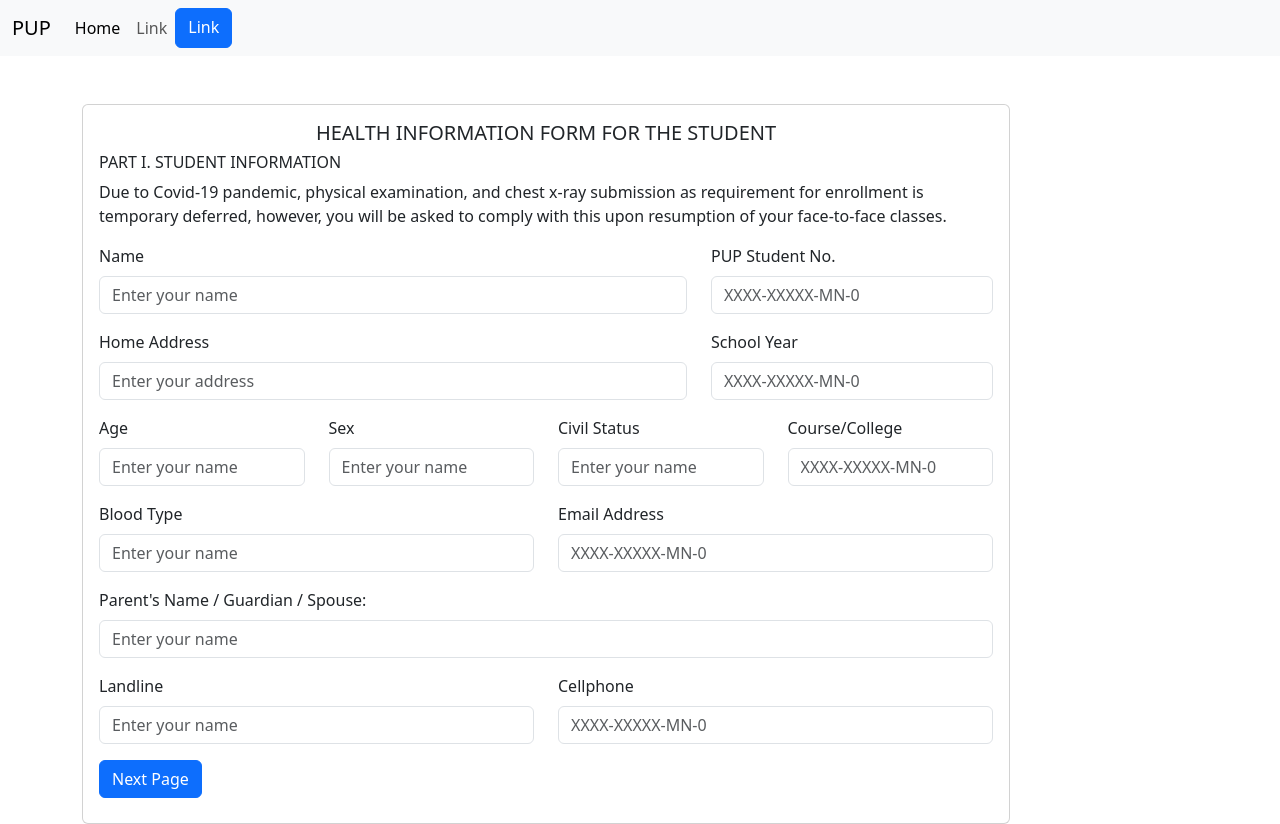
Repository: Nicktacku/webdev
Page: form.html
The author's editor kept a copy of each file at every save. The page is drawn from the files as they stood at one save, then again after the next save.
The browser window is 1280 px wide. The pictures show the whole page.

Above is the page before, as saved 2024-07-16 12:46:47.

### form.html
<!DOCTYPE html>
<html lang="en">
  <head>
    <meta charset="UTF-8" />
    <meta name="viewport" content="width=device-width, initial-scale=1.0" />
    <title>Document</title>
    <link
      href="https://cdn.jsdelivr.net/npm/bootstrap@5.3.3/dist/css/bootstrap.min.css"
      rel="stylesheet"
      integrity="sha384-QWTKZyjpPEjISv5WaRU9OFeRpok6YctnYmDr5pNlyT2bRjXh0JMhjY6hW+ALEwIH"
      crossorigin="anonymous"
    />
  </head>
  <body>
    <!-- Navbar -->
    <nav class="navbar navbar-expand-lg bg-body-tertiary">
        <div class="container-fluid">
          <a class="navbar-brand" href="#">PUP</a>
          <button
            class="navbar-toggler"
            type="button"
            data-bs-toggle="collapse"
            data-bs-target="#navbarSupportedContent"
            aria-controls="navbarSupportedContent"
            aria-expanded="false"
            aria-label="Toggle navigation"
          >
            <span class="navbar-toggler-icon"></span>
          </button>
          <div class="collapse navbar-collapse" id="navbarSupportedContent">
            <ul class="navbar-nav me-auto mb-2 mb-lg-0">
              <li class="nav-item">
                <a class="nav-link active" aria-current="page" href="#">Home</a>
              </li>
              <li class="nav-item">
                <a class="nav-link" href="#">Link</a>
              </li>

              <a class="btn btn-primary" href="form.html" role="button">Link</a>
          </div>
        </div>
      </nav>

    <div
      class="container mt-auto mx-auto pt-5"
    >


    <div class="card" style="width: 58rem; height: 45rem" id="section-1">

        <!-- section 1 -->
        <div class="card-body" >
          <h5 class="card-title d-flex justify-content-center">HEALTH INFORMATION FORM FOR THE STUDENT</h5>
          <h6 class="card-text">PART I. STUDENT INFORMATION</h6>
          <p class="card-text">Due to Covid-19 pandemic, physical examination, and chest x-ray submission as requirement for enrollment is
            temporary deferred, however, you will be asked to comply with this upon resumption of your face-to-face classes.</p>

            <div class="row">
                <div class="col-8">
                    <div class="mb-3">
                        <label for="name" class="form-label">Name</label>
                        <input type="text" class="form-control" id="name" placeholder="Enter your name">
                      </div>
                </div>
                <div class="col">
                    <div class="mb-3">
                        <label for="name" class="form-label">PUP Student No.</label>
                        <input type="text" class="form-control" id="student_no" placeholder="XXXX-XXXXX-MN-0">
                      </div>
                </div>
            </div>

            <div class="row">
                <div class="col-8">
                    <div class="mb-3">
                        <label for="name" class="form-label">Home Address</label>
                        <input type="text" class="form-control" id="home_address" placeholder="Enter your address">
                      </div>
                </div>
                <div class="col">
                    <div class="mb-3">
                        <label for="name" class="form-label">School Year</label>
                        <input type="text" class="form-control" id="name-input" placeholder="XXXX-XXXXX-MN-0">
                      </div>
                </div>
            </div>

            <div class="row">
                <div class="col-3">
                    <div class="mb-3">
                        <label for="name" class="form-label">Age</label>
                        <input type="text" class="form-control" id="name-input" placeholder="Enter your name">
                      </div>
                </div>
                <div class="col-3">
                    <div class="mb-3">
                        <label for="name" class="form-label">Sex</label>
                        <input type="text" class="form-control" id="name-input" placeholder="Enter your name">
                      </div>
                </div>
                <div class="col-3">
                    <div class="mb-3">
                        <label for="name" class="form-label">Civil Status</label>
                        <input type="text" class="form-control" id="name-input" placeholder="Enter your name">
                      </div>
                </div>
                <div class="col">
                    <div class="mb-3">
                        <label for="name" class="form-label">Course/College</label>
                        <input type="text" class="form-control" id="name-input" placeholder="XXXX-XXXXX-MN-0">
                      </div>
                </div>
            </div>

            <div class="row">
                <div class="col-6">
                    <div class="mb-3">
                        <label for="name" class="form-label">Blood Type</label>
                        <input type="text" class="form-control" id="name-input" placeholder="Enter your name">
                      </div>
                </div>
                <div class="col">
                    <div class="mb-3">
                        <label for="name" class="form-label">Email Address</label>
                        <input type="text" class="form-control" id="name-input" placeholder="XXXX-XXXXX-MN-0">
                      </div>
                </div>
            </div>

            <div class="row">
                <div class="col">
                    <div class="mb-3">
                        <label for="name" class="form-label">Parent's Name / Guardian / Spouse:</label>
                        <input type="text" class="form-control" id="name-input" placeholder="Enter your name">
                      </div>
                </div>
            </div>

            <div class="row">
                <div class="col-6">
                    <div class="mb-3">
                        <label for="name" class="form-label">Landline</label>
                        <input type="text" class="form-control" id="name-input" placeholder="Enter your name">
                      </div>
                </div>
                <div class="col">
                    <div class="mb-3">
                        <label for="name" class="form-label">Cellphone</label>
                        <input type="text" class="form-control" id="name-input" placeholder="XXXX-XXXXX-MN-0">
                      </div>
                </div>
            </div>

          <button onclick="section2()" class="btn btn-primary">Next Page</button>
        </div>
      </div>

      <!-- Section 2 -->
      <div class="card" style="width: 58rem; height: 100rem; display: none" id="section-2">
        <div class="card-body">
        <h5 class="card-title d-flex justify-content-center">HEALTH INFORMATION FORM FOR THE STUDENT</h5>
        <h6 class="card-text">PART I. STUDENT INFORMATION</h6>
        <p class="card-text">Due to Covid-19 pandemic, physical examination, and chest x-ray submission as requirement for enrollment is
          temporary deferred, however, you will be asked to comply with this upon resumption of your face-to-face classes.</p>

          <div class="row">
            <div class="col-12">
                <div class="mb-3">
                    <label for="name" class="form-label">1. Do you need medical attention or has known medical illness?</label>
                </div>
                <div class="form-check">
                    <input class="form-check-input" type="radio" name="flexRadioDefault" id="flexRadioDefault1">
                    <label class="form-check-label" for="flexRadioDefault1">
                      Yes
                    </label>
                  </div>
                  <div class="form-check">
                    <input class="form-check-input" type="radio" name="flexRadioDefault" id="flexRadioDefault2">
                    <label class="form-check-label" for="flexRadioDefault2">
                      No
                    </label>
                  </div>

                  <div class="row">
                    <p class="col-12">(Please check the following that apply and give more information as needed)</p>
                    <div class="form-check col-3">
                        <input class="form-check-input" type="checkbox" value="" id="flexCheckDefault">
                        <label class="form-check-label" for="flexCheckDefault">
                          Asthma
                    </label>
                    </div>
                    <div class="form-check col-3">
                        <input class="form-check-input" type="checkbox" value="" id="flexCheckDefault">
                        <label class="form-check-label" for="flexCheckDefault">
                            Loss of Consciousness
                    </label>
                    </div>
                    <div class="form-check col-3">
                        <input class="form-check-input" type="checkbox" value="" id="flexCheckDefault">
                        <label class="form-check-label" for="flexCheckDefault">
                            Eye Disease/Defect
                    </label>
                    </div>
                    <div class="form-check col-3">
                        <input class="form-check-input" type="checkbox" value="" id="flexCheckDefault">
                        <label class="form-check-label" for="flexCheckDefault">
                            Accident Injuries
                    </label>
                    </div>
                    <div class="form-check col-3">
                        <input class="form-check-input" type="checkbox" value="" id="flexCheckDefault">
                        <label class="form-check-label" for="flexCheckDefault">
                            Diabetes
                    </label>
                    </div>
                    <div class="form-check col-3">
                        <input class="form-check-input" type="checkbox" value="" id="flexCheckDefault">
                        <label class="form-check-label" for="flexCheckDefault">
                            Heart Disease
                    </label>
                    </div>
                    <div class="form-check col-3">
                        <input class="form-check-input" type="checkbox" value="" id="flexCheckDefault">
                        <label class="form-check-label" for="flexCheckDefault">
                            Kidney Disease
                    </label>
                    </div>
                    <div class="form-check col-3">
                        <input class="form-check-input" type="checkbox" value="" id="flexCheckDefault">
                        <label class="form-check-label" for="flexCheckDefault">
                            Tuberculosis / Primary Complex
                    </label>
                    </div>
                    <div class="form-check col-3">
                        <input class="form-check-input" type="checkbox" value="" id="flexCheckDefault">
                        <label class="form-check-label" for="flexCheckDefault">
                            Migraine
                    </label>
                    </div>
                    <div class="form-check col-3">
                        <input class="form-check-input" type="checkbox" value="" id="flexCheckDefault">
                        <label class="form-check-label" for="flexCheckDefault">
                            High Blood Pressure
                    </label>
                    </div>
                    <div class="form-check col-12">
                        <input class="form-check-input" type="checkbox" value="" id="flexCheckDefault">
                        <label class="form-check-label" for="flexCheckDefault">
                            Others
                        </label>
                        <input type="text" class="form-control" id="name-input" placeholder="(pls indicate)">
                    </div>
                  </div>
            </div>

            <div class="col">
                <p>2. Additional Information for Students with Medical Conditions</p>
                <p>As a Parent/Guardian, I would like to declare that my child had history of allergies to the following</p>

                <div class="row">
                    <div class="col-7">
                        <div class="mb-3">
                            <label for="name" class="form-label">Food</label>
                            <input type="text" class="form-control" id="name-input" placeholder="Enter your name">
                          </div>
                    </div>
                    <div class="col-5">
                        <div class="mb-3">
                            <label for="name" class="form-label">No Known Allergies:</label>
                            <input type="text" class="form-control" id="name-input" placeholder="XXXX-XXXXX-MN-0">
                          </div>
                    </div>

                        <p class="col-12">Medicines</p>
                        <div class="form-check col-4">
                            <input class="form-check-input" type="checkbox" value="" id="flexCheckDefault">
                            <label class="form-check-label" for="flexCheckDefault">
                              Asthma
                        </label>
                        </div>
                        <div class="form-check col-4">
                            <input class="form-check-input" type="checkbox" value="" id="flexCheckDefault">
                            <label class="form-check-label" for="flexCheckDefault">
                              Ibuprofen
                        </label>
                        </div>
                        <div class="form-check col-4">
                            <input class="form-check-input" type="checkbox" value="" id="flexCheckDefault">
                            <label class="form-check-label" for="flexCheckDefault">
                            Amoxicillin
                        </label>
                        </div>

                        <div class="form-check col-4">
                            <input class="form-check-input" type="checkbox" value="" id="flexCheckDefault">
                            <label class="form-check-label" for="flexCheckDefault">
                                Mefenamic Acid
                        </label>
                        </div>
                        <div class="form-check col-4">
                            <input class="form-check-input" type="checkbox" value="" id="flexCheckDefault">
                            <label class="form-check-label" for="flexCheckDefault">
                                Penicillin
                        </label>
                        </div>
                        <div class="form-check col-4">
                            <input class="form-check-input" type="checkbox" value="" id="flexCheckDefault">
                            <label class="form-check-label" for="flexCheckDefault">
                            Others
                            </label>
                            <input type="text" class="form-control" id="name-input" placeholder="(pls indicate)">
                        </div>
                </div>
              </div>
          </div>
        </div>
        <button onclick="section1()" class="btn btn-primary">Previous Page</button>
        <button onclick="section3()" class="btn btn-primary">Next Page</button>
      </div>

      <!-- section 3 -->

      <div class="card" style="width: 58rem; height: 100rem; display: none" id="section-3">
      <div class="card-body">
        <h5 class="card-title d-flex justify-content-center">HEALTH INFORMATION FORM FOR THE STUDENT</h5>
        <h6 class="card-text">PART III. PERSONAL HISTORY</h6>
        <div class="mb-3">
            <label for="name" class="form-label">Cigarette Smoking</label>
        </div>
        <div class="form-check">
            <input class="form-check-input" type="radio" name="flexRadioDefault" id="flexRadioDefault1">
            <label class="form-check-label" for="flexRadioDefault1">
              Yes
            </label>
          </div>
          <div class="form-check">
            <input class="form-check-input" type="radio" name="flexRadioDefault" id="flexRadioDefault2">
            <label class="form-check-label" for="flexRadioDefault2">
              No
            </label>
          </div>
          <div class="mb-3">
            <label for="name" class="form-label">Alcohol Drinking</label>
        </div>
        <div class="form-check">
            <input class="form-check-input" type="radio" name="alc" id="flexRadioDefault1">
            <label class="form-check-label" for="alcyes">
              Yes
            </label>
          </div>
          <div class="form-check">
            <input class="form-check-input" type="radio" name="alc" id="flexRadioDefault2">
            <label class="form-check-label" for="alcno">
              No
            </label>
          </div>

          <p>I hereby state to the best of my knowledge, my answers to the above questions are complete and correct.

            By affixing my signature (Parent/Guardian and Student), I agree to the Data Privacy Act of 2012 and its implementing
            rules and regulations and voluntarily giving my consent in the collection and processing of the student's name above
            its Personal Information in accordance with such as health assessment, treatment and/or research following research
            ethics guidelines for the improvements of healthcare services. This consent will remain in full force until I revoke it in
            writing. I also understand the PUP MSD will not be liable to any untoward incident this may arise due to the
            temporary deferral of the physical examination and chest x-ray.</p>

            <!-- gagawan ko input -->
            <p>signature of parent</p>
            <p>Signature of Student</p>
            <p>Date</p>

            <button onclick="section2()" class="btn btn-primary">Previous Page</button>
        <button onclick="save()" class="btn btn-primary">Submit</button>
        </div>
        </div>


    </div>


    <script
      src="https://cdn.jsdelivr.net/npm/bootstrap@5.3.3/dist/js/bootstrap.bundle.min.js"
      integrity="sha384-YvpcrYf0tY3lHB60NNkmXc5s9fDVZLESaAA55NDzOxhy9GkcIdslK1eN7N6jIeHz"
      crossorigin="anonymous"
    ></script>
    <script type="text/javascript" src="script.js"></script>
  </body>
</html>

### script.js
function section1() {
  section_1 = document.getElementById("section-1");
  section_2 = document.getElementById("section-2");
  section_3 = document.getElementById("section-3");

  section_2.setAttribute("style", "display: none;");
  section_1.setAttribute("style", "display: block;");
  section_3.setAttribute("style", "display: none;");
  console.log("hemlo");
}

function section2() {
  section_1 = document.getElementById("section-1");
  section_2 = document.getElementById("section-2");
  section_3 = document.getElementById("section-3");

  section_1.setAttribute("style", "display: none;");
  section_2.setAttribute("style", "display: block;");
  section_3.setAttribute("style", "display: none;");
}

function section3() {
  section_1 = document.getElementById("section-1");
  section_2 = document.getElementById("section-2");
  section_3 = document.getElementById("section-3");

  section_1.setAttribute("style", "display: none;");
  section_2.setAttribute("style", "display: none;");
  section_3.setAttribute("style", "display: block;");
  console.log("hemlo");
}

async function save() {
  await fetch(`http://127.0.0.1:5000/save`),
    {
      method: "POST",
      headers: {
        "Content-Type": "application/json",
      },
      body: JSON.stringify({
        name: "name",
        student_no: "student_no",
        home_address: "home_address",
        school_year: "school_year",
        age: "age",
        sex: "sex",
        civil_status: civil_status,
        course_college: course_college,
        blodd_type: blood_type,
        email_address: email_address,
        parent_name: parent_name,
        landline: landline,
        cellphone: cellphone,
        has_medical_illness: has_medical_illness,
        diseases: diseases,
        food: food,
        no_known_allergies: no_known_allergies,
        medicines: medicines,
        cigarette: cigarette,
        alcohol: alcohol,
      }),
    };
}

After the next save:
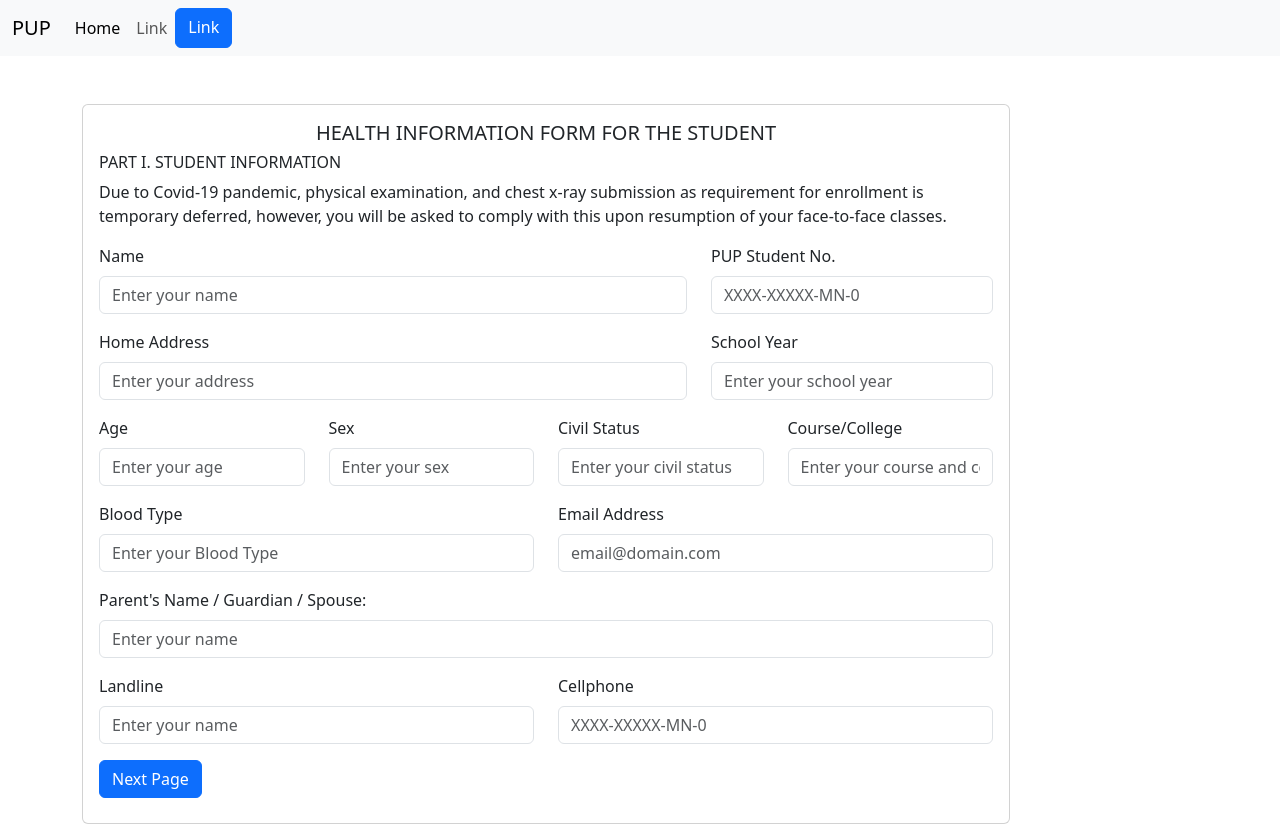
Saved 98 s later.
--- a/form.html
+++ b/form.html
@@ -80,7 +80,7 @@
                 <div class="col">
                     <div class="mb-3">
                         <label for="name" class="form-label">School Year</label>
-                        <input type="text" class="form-control" id="name-input" placeholder="XXXX-XXXXX-MN-0">
+                        <input type="text" class="form-control" id="school_year" placeholder="Enter your school year">
                       </div>
                 </div>
             </div>
@@ -89,25 +89,25 @@
                 <div class="col-3">
                     <div class="mb-3">
                         <label for="name" class="form-label">Age</label>
-                        <input type="text" class="form-control" id="name-input" placeholder="Enter your name">
+                        <input type="text" class="form-control" id="age" placeholder="Enter your age">
                       </div>
                 </div>
                 <div class="col-3">
                     <div class="mb-3">
                         <label for="name" class="form-label">Sex</label>
-                        <input type="text" class="form-control" id="name-input" placeholder="Enter your name">
+                        <input type="text" class="form-control" id="sex" placeholder="Enter your sex">
                       </div>
                 </div>
                 <div class="col-3">
                     <div class="mb-3">
                         <label for="name" class="form-label">Civil Status</label>
-                        <input type="text" class="form-control" id="name-input" placeholder="Enter your name">
+                        <input type="text" class="form-control" id="civil_status" placeholder="Enter your civil status">
                       </div>
                 </div>
                 <div class="col">
                     <div class="mb-3">
                         <label for="name" class="form-label">Course/College</label>
-                        <input type="text" class="form-control" id="name-input" placeholder="XXXX-XXXXX-MN-0">
+                        <input type="text" class="form-control" id="course_college" placeholder="Enter your course and college">
                       </div>
                 </div>
             </div>
@@ -116,13 +116,13 @@
                 <div class="col-6">
                     <div class="mb-3">
                         <label for="name" class="form-label">Blood Type</label>
-                        <input type="text" class="form-control" id="name-input" placeholder="Enter your name">
+                        <input type="text" class="form-control" id="blood_type" placeholder="Enter your Blood Type">
                       </div>
                 </div>
                 <div class="col">
                     <div class="mb-3">
                         <label for="name" class="form-label">Email Address</label>
-                        <input type="text" class="form-control" id="name-input" placeholder="XXXX-XXXXX-MN-0">
+                        <input type="email" class="form-control" id="email" placeholder="email@domain.com">
                       </div>
                 </div>
             </div>
